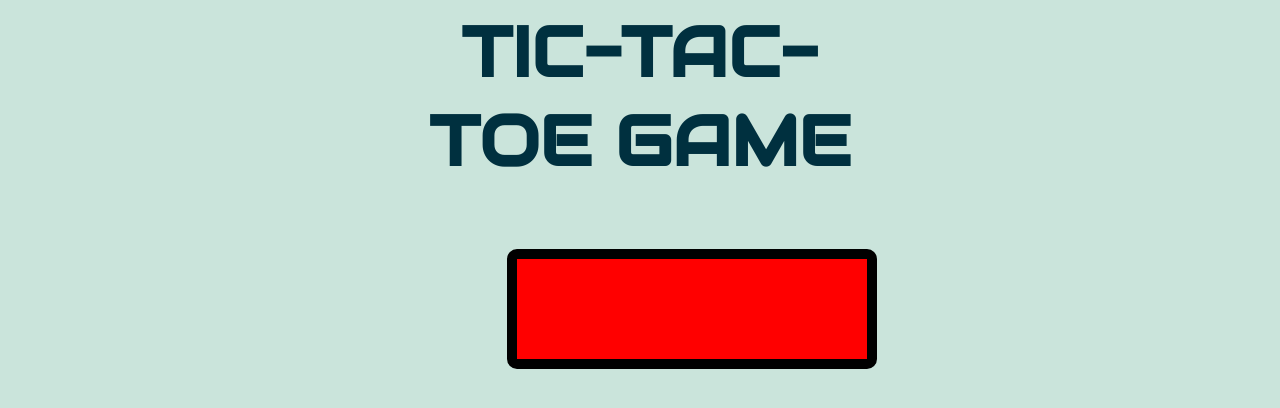
Repository: blackSky1213/tic-tac-toe
Page: index.html
An editor plug-in stored every save of this project. The page is shown before and after the next save, followed by the edit.
The browser window is 1280 px wide. The pictures show the whole page.

Above is the page before, as saved 2020-12-28 20:44:31.

### index.html
<!DOCTYPE html>
<html lang="en">

<head>
    <meta charset="UTF-8">
    <meta name="viewport" content="width=device-width, initial-scale=1.0">
    <title>Tic-Tac-Toe</title>
    <link rel="preconnect" href="https://fonts.gstatic.com">
    <link href="https://fonts.googleapis.com/css2?family=Audiowide&display=swap" rel="stylesheet">
    <link rel="stylesheet" href="styles/index.css">
</head>

<body>
    <h1 class="title">TIC-TAC-TOE GAME</h1>
    <div class="start"><spam></spam></div>
</body>

</html>

### styles/index.css
body{
    background-color:#cae4db;
}
.title{
    text-align:center;
    font-size:70px;
    margin:auto 30% auto 30%;
    font-family:'Audiowide', cursive;
    color:#00303f;
}
.start{
    background-color:red;
    width:350px;
    height:100px;
    margin:5% 30% auto 30%;
    position:relative;
    left:120px;
    border-radius: 10px;
    text-align: center;
    font-size: 90px;
    border:solid 10px;

}

After the next save:
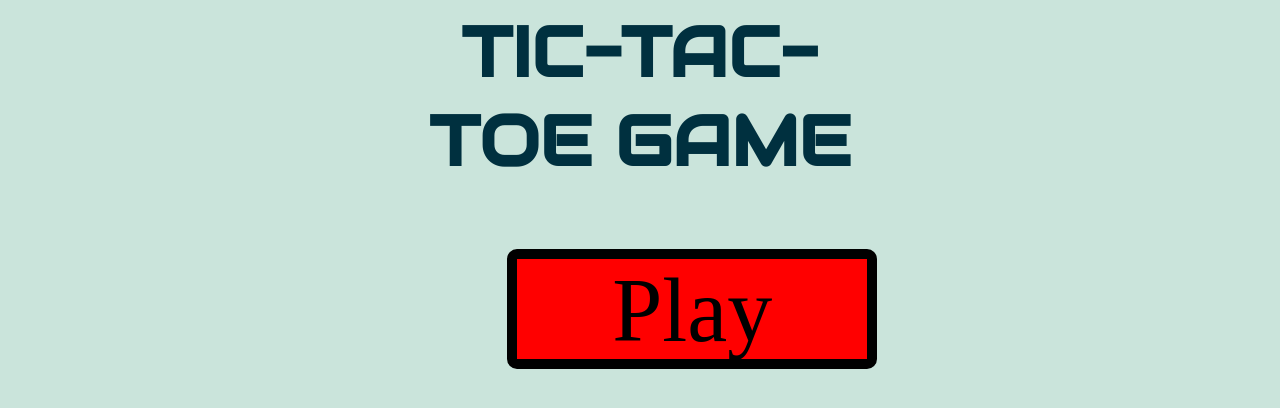
Saved 5 s later.
--- a/index.html
+++ b/index.html
@@ -12,7 +12,7 @@
 
 <body>
     <h1 class="title">TIC-TAC-TOE GAME</h1>
-    <div class="start"><spam></spam></div>
+    <div class="start"><spam>Play</spam></div>
 </body>
 
 </html>
